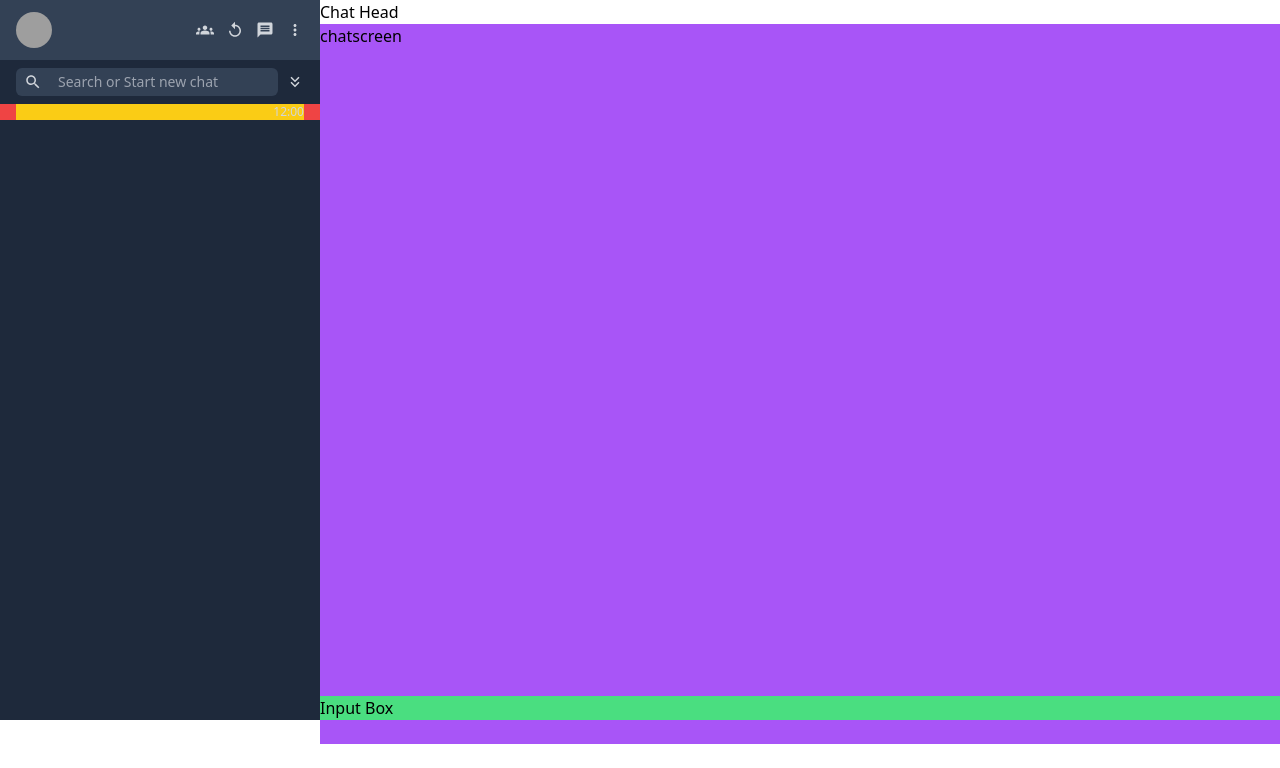
Repository: theanmol-raj/whatsapp
Page: /
The author's editor kept a copy of each file at every save. The page is drawn from the files as they stood at one save, then again after the next save.
The browser window is 1280 px wide. The pictures show the whole page.
Pictures or frames that could not be fetched are drawn as grey boxes. The project was rebuilt for these pictures with package versions that can differ from the ones it lists, and the page was loaded fresh each time.

Above is the page before, as saved 2022-12-03 22:04:36.

After the next save:
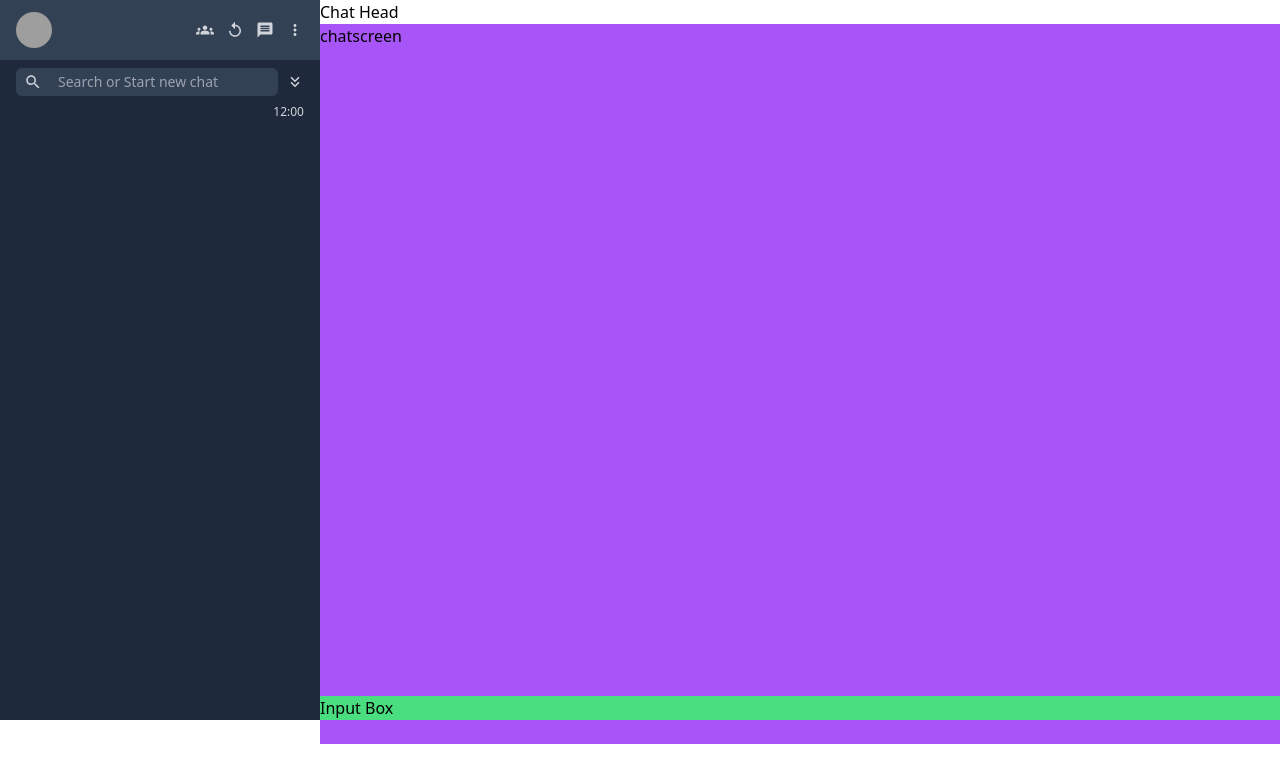
Saved 8 s later.
--- a/src/Components/ContactCard.jsx
+++ b/src/Components/ContactCard.jsx
@@ -2,8 +2,8 @@ import React from 'react'
 
 function ContactCard() {
   return (
-    <div className=' bg-red-500 text-gray-300 text-sm'>
-        <div className=' bg-yellow-400 flex justify-between mx-4'>
+    <div className='  text-gray-300 text-sm'>
+        <div className=' flex justify-between mx-4'>
             <div>
                 <div>
 
